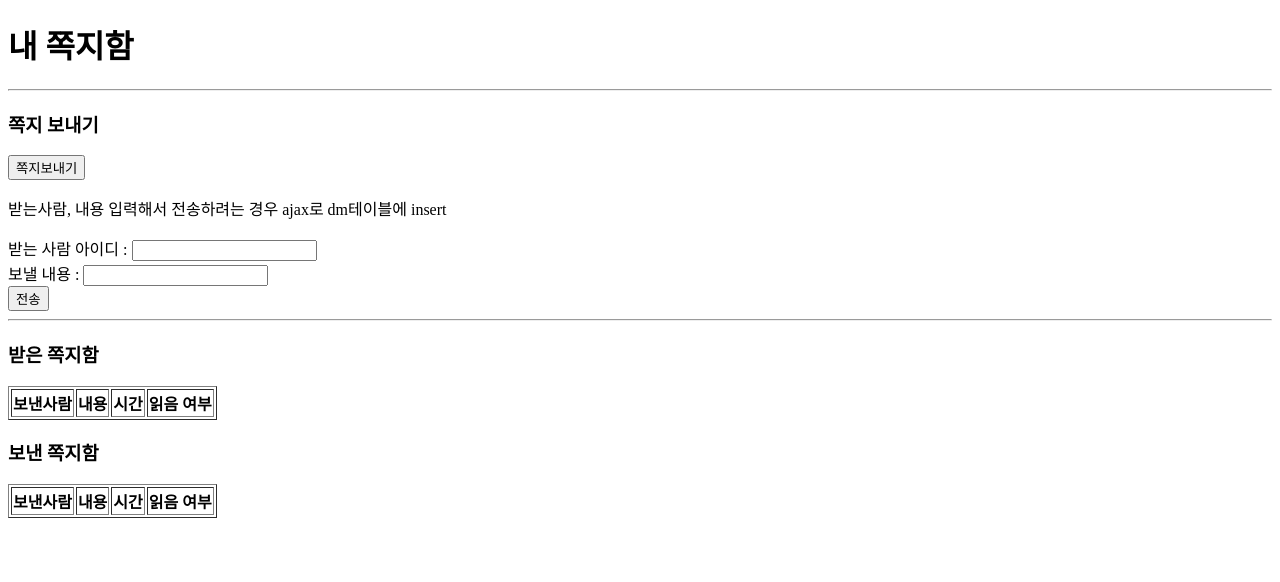
Repository: ParkHyeonju12/Spring
Page: http://localhost/05_Spring_Websocket/WEB-INF/views/dm/dmMain.jsp
The author's editor kept a copy of each file at every save. The page is drawn from the files as they stood at one save, then again after the next save.
The browser window is 1280 px wide. The pictures show the whole page.
The page is served by Tomcat 9. Nobody is signed in. The template is opened directly, without the code that normally fills it, so the values that code supplies are empty.

Above is the page before, as saved 2022-10-14 05:36:31.

After the next save:
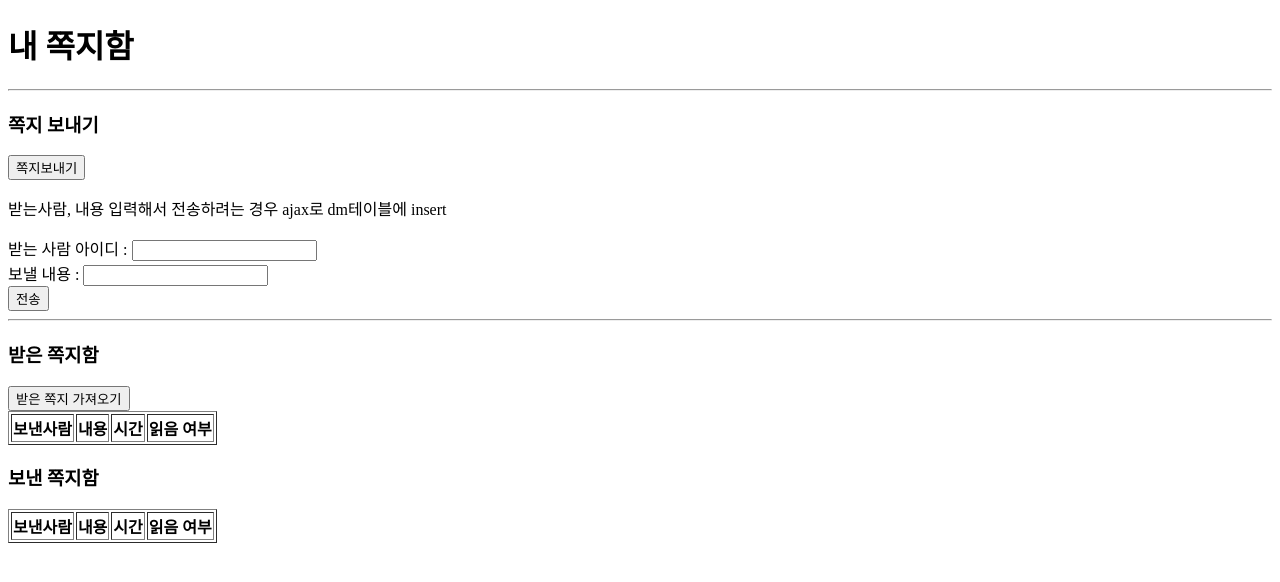
Saved 50 s later.
--- a/05_Spring_Websocket/src/main/webapp/WEB-INF/views/dm/dmMain.jsp
+++ b/05_Spring_Websocket/src/main/webapp/WEB-INF/views/dm/dmMain.jsp
@@ -24,6 +24,7 @@
 	</form>
 	<hr>
 	<h3>받은 쪽지함</h3>
+	<button onclick="getReceiveDm();">받은 쪽지 가져오기</button>
 	<table border="1" class="receiveDmTbl">
 	<thead>
 		<tr>
@@ -39,12 +40,14 @@
 	</table>
 	<h3>보낸 쪽지함</h3>
 	<table border="1" class="sendDmTbl">
+	<thead>
 		<tr>
 			<th>보낸사람</th>
 			<th>내용</th>
 			<th>시간</th>
 			<th>읽음 여부</th>
 		</tr>
+	</thead>
 	</table>
 
 	<!-- 쪽지 보내기 모달 -->
